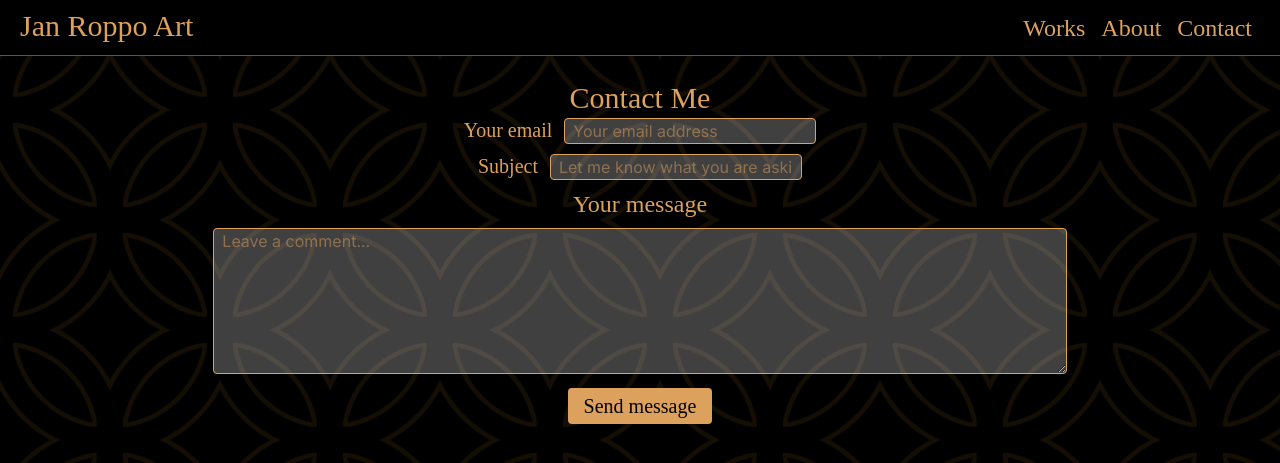
Repository: YanceMcFinn/JRArt
Page: /contact
The author's editor kept a copy of each file at every save. The page is drawn from the files as they stood at one save, then again after the next save.
The browser window is 1280 px wide. The pictures show the whole page.
Some web fonts or font styles are not loaded; a fallback is used. The project was rebuilt for these pictures with package versions that can differ from the ones it lists, and the page was loaded fresh each time. The framework's server and built-in components were replaced by stand-ins that run in the browser. Also part of the build but not shown: next.config.js.

Above is the page before, as saved 2023-10-28 22:35:38.

After the next save:
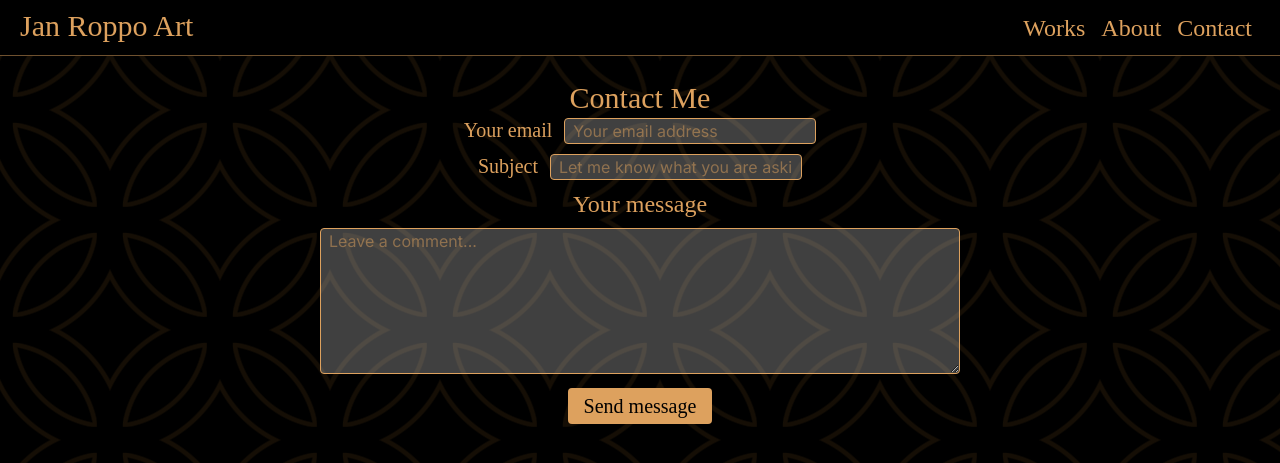
Saved 38 s later.
--- a/app/contact/page.jsx
+++ b/app/contact/page.jsx
@@ -17,7 +17,7 @@ export default function Contact() {
                     </div>
                 <div class="sm:col-span-2">
               <label for="message" className='title text-2xl' >Your message</label><br/>
-              <textarea id="message" rows="6" placeholder="Leave a comment..." className='rounded w-full px-2 mt-2 bg-white/25 border border-main-color text-main-color placeholder-main-color/50 focus:border-main-color focus:border-2 focus:outline-none focus:ring-0'></textarea>
+              <textarea id="message" rows="6" placeholder="Leave a comment..." className='rounded w-9/12 px-2 mt-2 bg-white/25 border border-main-color text-main-color placeholder-main-color/50 focus:border-main-color focus:border-2 focus:outline-none focus:ring-0'></textarea>
           </div>
           <button type="submit" className='bg-main-color text-black title text-xl rounded px-4 py-1 mt-2'>Send message</button>
       </form>
